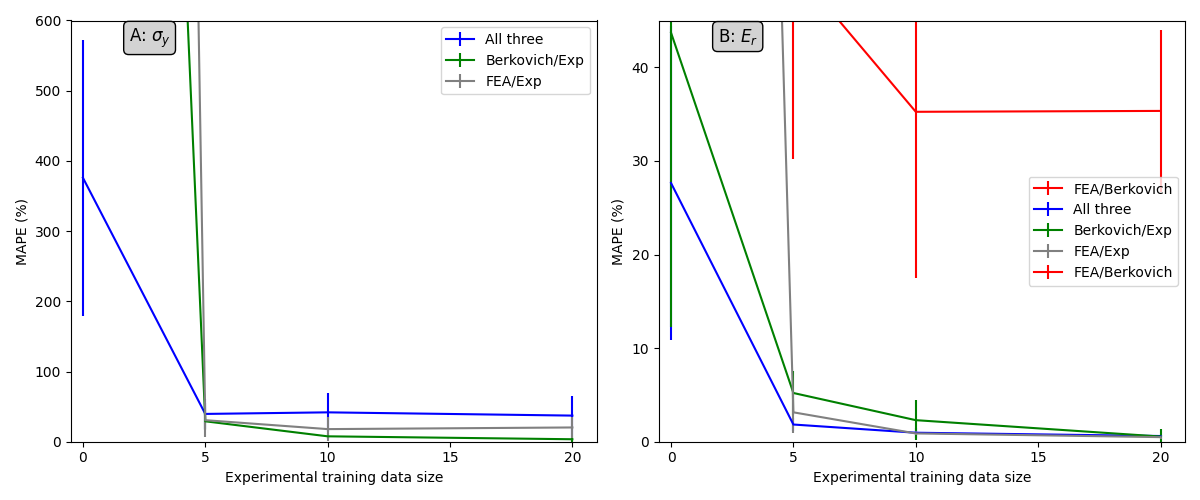
Repository: JoeSpencer1/NN_TiAlTa
Script's output: python src/figures.py
An editor plug-in stored every save of this project. The script's output is shown before and after the next save, followed by the edit.
Random numbers start from a fixed seed.

Above is the script's output before, as saved 2024-01-16 14:36:20.

After the next save:
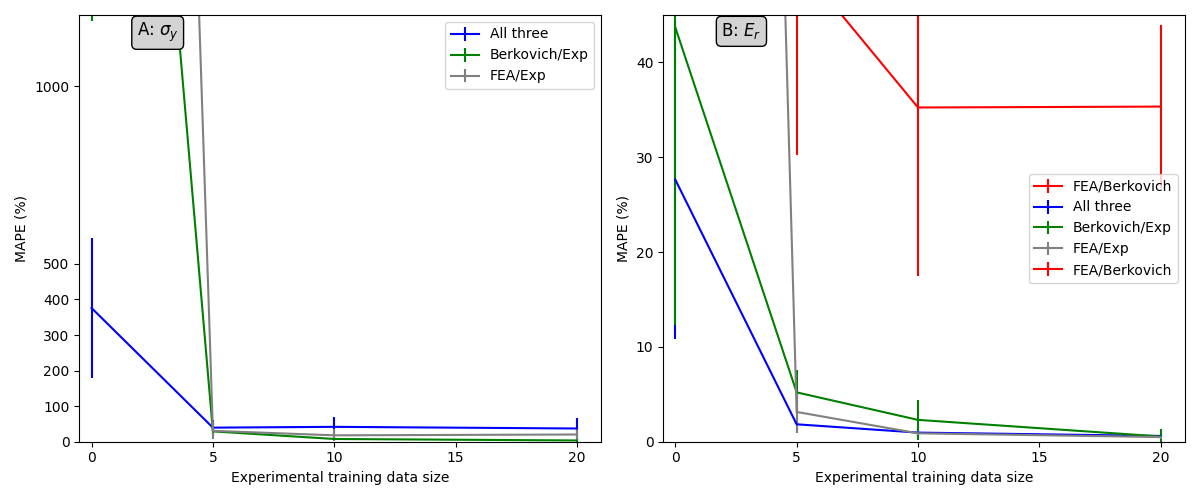
Saved 53 s later.
--- a/src/figures.py
+++ b/src/figures.py
@@ -278,11 +278,11 @@ ax1.errorbar(n, BerExpσ, yerr = εBerExpσ, color = 'green', label = "Berkovich
 ax1.errorbar(n, FEAExpσ, yerr = εFEAExpσ, color = 'grey', label = "FEA/Exp")
 ax2.errorbar(n, FEABerσ, yerr = εFEABerσ, color = 'red', label = "FEA/Berkovich")
 ax1.set_yscale('linear')
-ax1.set_ylim([0, 600])
+ax1.set_ylim([0, 1200])
 ax1.set_xlim([-0.5, 21])
 ax1.set_xticks([0, 5, 10, 15, 20])
-ax1.set_yticks([0, 100, 200, 300, 400, 500, 600])
-ax1.set_yticklabels([0, 100, 200, 300, 400, 500, 600])
+ax1.set_yticks([0, 100, 200, 300, 400, 500, 1000])
+ax1.set_yticklabels([0, 100, 200, 300, 400, 500, 1000])
 ax1.legend()
 ax1.set_ylabel("MAPE (%)")
 ax1.set_xlabel("Experimental training data size")
